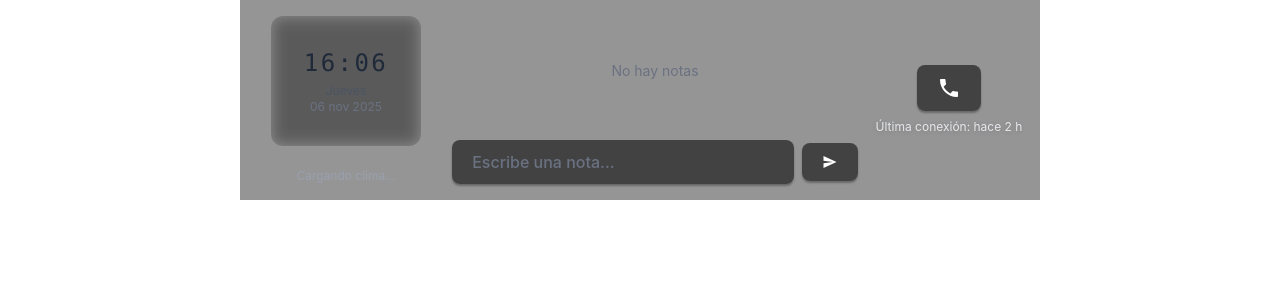
Repository: CodeByEvans/my-romantic-widget
Page: /
An editor plug-in stored every save of this project. The page is shown before and after the next save, followed by the edit.
The browser window is 1280 px wide. The pictures show the whole page.
The page's requests for data from a server got no answer. The project was rebuilt for these pictures with package versions that can differ from the ones it lists, and the page was loaded fresh each time. No one was signed in, and anything a server would have sent is missing. Also part of the build but not shown: vite.config.ts.

Above is the page before, as saved 2025-11-06 16:20:43.

### src/App.tsx
import "./App.css";
import { Clock } from "./components/Clock";
import { WeatherWidget } from "./components/WeatherWidget";
import { NotesList } from "./components/NotesList";
import { NoteInput } from "./components/NoteInput";
import { CallButton } from "./components/CallButton";

function App() {
  return (
    <main data-tauri-drag-region>
      {/* Clima + Reloj */}
      <section className="flex flex-col justify-between items-center h-full w-[180px] gap-2">
        <Clock />
        <WeatherWidget />
      </section>

      {/* Notas + input */}
      <section className="flex flex-col justify-between h-full flex-1">
        <NotesList />
        <NoteInput />
      </section>

      {/* Llamada */}
      <section className="flex flex-col justify-center items-center h-full w-[150px]">
        <CallButton />
        <p className="text-xs text-gray-200 mt-2 drop-shadow-sm">
          Última conexión: hace 2 h
        </p>
      </section>
    </main>
  );
}

export default App;

### src/App.css
@import "tailwindcss";

/* ======== CONFIGURACIÓN BASE ======== */
:root {
  font-family: Inter, Avenir, Helvetica, Arial, sans-serif;
  font-size: 16px;
  line-height: 24px;
  font-weight: 400;
  color: #f6f6f6;
  font-synthesis: none;
  text-rendering: optimizeLegibility;
  -webkit-font-smoothing: antialiased;
  -moz-osx-font-smoothing: grayscale;
  -webkit-text-size-adjust: 100%;
}

/* ======== ESTILO GLOBAL DE LA APP ======== */
main {
  position: relative;
  width: 800px;
  height: 200px;
  margin: 0 auto;
  display: flex;
  align-items: center;
  justify-content: space-between;
  gap: 1rem;
  padding: 1rem;

  /* Fondo cristal oscuro */
  background: rgba(20, 20, 20, 0.45);
  backdrop-filter: blur(18px) saturate(160%);
  -webkit-app-region: drag; /* Permitir mover la ventana */
}

/* ======== ELEMENTOS ======== */
input,
button {
  border-radius: 8px;
  border: 1px solid transparent;
  padding: 0.6em 1.2em;
  font-size: 1em;
  font-weight: 500;
  font-family: inherit;
  color: #fff;
  background-color: rgba(30, 30, 30, 0.7);
  transition: border-color 0.25s, background-color 0.25s;
  box-shadow: 0 2px 2px rgba(0, 0, 0, 0.3);
  -webkit-app-region: no-drag;
}

button:hover {
  border-color: #396cd8;
}

button:active {
  background-color: rgba(40, 40, 40, 0.7);
}

/* Enlaces */
a {
  font-weight: 500;
  color: #61dafb;
  text-decoration: inherit;
}

a:hover {
  color: #24c8db;
}

/* Otros elementos */
h1 {
  text-align: center;
}

### src/components/Clock.tsx
import { useEffect, useState } from "react";

export const Clock = () => {
  const [time, setTime] = useState(new Date());

  useEffect(() => {
    const interval = setInterval(() => {
      setTime(new Date());
    }, 1000);
    return () => clearInterval(interval);
  }, []);

  const hours = time.getHours().toString().padStart(2, "0");
  const minutes = time.getMinutes().toString().padStart(2, "0");

  const day = time.toLocaleDateString("es-ES", { weekday: "long" });
  const date = time.toLocaleDateString("es-ES", {
    day: "2-digit",
    month: "short",
    year: "numeric",
  });

  return (
    <div className=" rounded-xl  px-3 py-2 flex flex-col items-center justify-center w-[150px] h-[130px] backdrop-blur-sm">
      <p className="text-2xl font-mono tracking-widest text-gray-800">
        {hours}:{minutes}
      </p>
      <p className="text-xs text-gray-600 mt-1 capitalize">{day}</p>
      <p className="text-xs text-gray-500">{date}</p>
    </div>
  );
};

### src/components/WeatherWidget.tsx
import { JSX } from "react";
import { useWeather } from "../hooks/useWeather";
import {
  WiDaySunny,
  WiCloud,
  WiRain,
  WiSnow,
  WiThunderstorm,
  WiFog,
  WiDayHaze,
} from "react-icons/wi";

const weatherStyles: Record<string, { gradient: string; icon: JSX.Element }> = {
  Thunderstorm: {
    gradient: "from-indigo-800 via-purple-700 to-indigo-900 text-white",
    icon: <WiThunderstorm size={28} />,
  },
  Drizzle: {
    gradient: "from-sky-400 via-sky-500 to-blue-600 text-white",
    icon: <WiRain size={28} />,
  },
  Rain: {
    gradient: "from-blue-500 via-indigo-500 to-blue-700 text-white",
    icon: <WiRain size={28} />,
  },
  Snow: {
    gradient: "from-cyan-100 via-blue-100 to-blue-300 text-gray-700",
    icon: <WiSnow size={28} />,
  },
  Mist: {
    gradient: "from-gray-200 via-gray-300 to-gray-400 text-gray-800",
    icon: <WiFog size={28} />,
  },
  Haze: {
    gradient: "from-amber-200 via-amber-300 to-amber-400 text-gray-800",
    icon: <WiDayHaze size={28} />,
  },
  Clear: {
    gradient: "from-yellow-200 via-orange-300 to-pink-400 text-gray-900",
    icon: <WiDaySunny size={28} />,
  },
  Clouds: {
    gradient: "from-gray-300 via-gray-400 to-gray-600 text-gray-900",
    icon: <WiCloud size={28} />,
  },
  Fog: {
    gradient: "from-gray-300 via-gray-400 to-gray-500 text-gray-900",
    icon: <WiFog size={28} />,
  },
};

export const WeatherWidget = () => {
  const { data, loading, errorWeather } = useWeather();

  if (errorWeather)
    return <div className="text-xs text-red-400">{errorWeather}</div>;
  if (loading || !data)
    return <div className="text-xs text-gray-400">Cargando clima...</div>;

  const [city, info] = Object.entries(data)[0] || [];
  const temp = Math.round(info.main.temp);
  const condition = info.weather[0].main;

  const style = weatherStyles[condition] || weatherStyles["Clouds"];

  return (
    <div
      className={`relative flex flex-col items-center justify-center rounded-2xl
                  bg-gradient-to-br ${style.gradient} w-[150px] h-[100px]
                  backdrop-blur-md bg-opacity-70 shadow-[0_2px_10px_rgba(0,0,0,0.3)]
                  border border-white/20 overflow-hidden transition-all duration-500`}
    >
      {/* sutil capa de brillo animado */}
      <div className="absolute inset-0 bg-white/10 opacity-0 hover:opacity-20 transition-opacity duration-500" />

      {/* borde de reflejo superior */}
      <div className="absolute top-0 left-0 right-0 h-[1px] bg-white/40" />

      {/* contenido */}
      <div className="flex items-center gap-2">
        <div className="animate-pulse-slow">{style.icon}</div>
        <div className="flex flex-col items-start leading-tight">
          <h2 className="text-xs font-semibold tracking-wide drop-shadow-sm">
            {city}
          </h2>
          <p className="text-lg font-bold drop-shadow-sm">{temp}°C</p>
        </div>
      </div>
    </div>
  );
};

### src/components/NotesList.tsx
import { useRealTimeNotes } from "../hooks/useRealTimeNotes";

export const NotesList = () => {
  const notes = useRealTimeNotes();

  const sortedNotes = [...notes].sort(
    (a, b) =>
      new Date(b.created_at).getTime() - new Date(a.created_at).getTime()
  );

  const noteToShow = sortedNotes[0];
  if (!noteToShow)
    return (
      <div className="flex items-center justify-center h-[110px] text-gray-500 text-sm">
        No hay notas
      </div>
    );

  return (
    <div className="bg-white rounded-xl backdrop-blur-sm shadow-inner p-3 h-[110px] overflow-hidden">
      <div className="flex justify-between items-center mb-1">
        <h3 className="font-semibold text-sm text-gray-700">
          {noteToShow.from}
        </h3>
        <small className="text-xs text-gray-400">
          {new Date(noteToShow.created_at).toLocaleString()}
        </small>
      </div>
      <p className="text-gray-700 text-sm italic line-clamp-3">
        {noteToShow.message}
      </p>
    </div>
  );
};

### src/components/NoteInput.tsx
import { IoMdSend } from "react-icons/io";

export const NoteInput = () => {
  return (
    <form className="flex items-center gap-2 mt-2">
      <input
        type="text"
        placeholder="Escribe una nota..."
        className="flex-1 text-sm px-3 py-2 rounded-lg bg-white text-gray-800 placeholder-gray-500 focus:outline-none focus:ring-2 focus:ring-blue-300 transition-all"
      />
      <button
        type="submit"
        className="p-2 bg-blue-500 rounded-full text-white hover:bg-blue-600 transition-colors"
      >
        <IoMdSend size={16} />
      </button>
    </form>
  );
};

### src/components/CallButton.tsx
import { IoMdCall } from "react-icons/io";

export const CallButton = () => {
  return (
    <div className="flex flex-col items-center justify-center">
      <button className="p-4 bg-green-500 text-white rounded-full shadow-md hover:bg-green-600 hover:scale-105 transition-transform">
        <IoMdCall size={24} />
      </button>
    </div>
  );
};

### src/hooks/useWeather.ts
import { useEffect, useState } from "react";
import {
  getCityByCoordinates,
  getWeatherByCity,
} from "../services/weatherService";
import { WeatherData } from "../types/weather";
import { useGeolocation } from "./useGeolocation";

export const useWeather = () => {
  const { coords, error } = useGeolocation();
  const [data, setData] = useState<Record<string, WeatherData> | null>(null);
  const [loading, setLoading] = useState<boolean>(false);
  const [errorWeather, setErrorWeather] = useState<string | null>(null);

  useEffect(() => {
    if (error) setErrorWeather(error);
  }, [error]);

  useEffect(() => {
    if (!coords) return;

    const fetchWeather = async () => {
      setLoading(true);
      try {
        const city = await getCityByCoordinates(
          coords.latitude,
          coords.longitude
        );
        const weather = await getWeatherByCity(city[0].name);
        setData({ [city[0].name]: weather });
      } catch (error) {
        console.error(error);
      } finally {
        setLoading(false);
      }
    };

    fetchWeather();
  }, [coords]);

  return { data, loading, errorWeather };
};

### src/hooks/useRealTimeNotes.ts
import { useEffect, useState } from "react";
import z from "zod";
import { supabase } from "../services/supabaseClient";

const noteSchema = z.object({
  id: z.number(),
  from: z.string(),
  message: z.string(),
  created_at: z.string(),
});

type Note = z.infer<typeof noteSchema>;

export const useRealTimeNotes = () => {
  const [notes, setNotes] = useState<Note[]>([]);

  useEffect(() => {
    // Cargar notas iniciales
    supabase
      .from<"notes", Note>("notes")
      .select("*")
      .then(({ data, error }) => {
        if (data) {
          setNotes(data);
          console.log("Notas cargadas:", data);
        } else {
          console.error("Error fetching notes:", error);
        }
      });

    // Suscripción en tiempo real
    const channel = supabase
      .channel("public:notes")
      .on(
        "postgres_changes",
        { event: "*", schema: "public", table: "notes" },
        (payload) => {
          console.log("Cambio dettectado:", payload);

          if (payload.eventType === "INSERT") {
            const newNote = noteSchema.parse(payload.new);
            setNotes((prevNotes) => [...prevNotes, newNote]);
            console.log("Nota añadida:", newNote);
          } else if (payload.eventType === "UPDATE") {
            setNotes((prev) =>
              prev.map((note) =>
                note.id === payload.new.id
                  ? noteSchema.parse(payload.new)
                  : note
              )
            );
          } else if (payload.eventType === "DELETE") {
            setNotes((prev) =>
              prev.filter((note) => note.id !== payload.old.id)
            );
          }
        }
      )
      .subscribe();

    return () => {
      supabase.removeChannel(channel);
    };
  }, []);

  return notes;
};

### src/services/weatherService.ts
import { envs } from "../config/envs";

export const getWeatherByCity = async (city: string) => {
  const response = await fetch(
    `https://api.openweathermap.org/data/2.5/weather?q=${city}&appid=${envs.openWeatherApiKey}&units=metric`
  );

  if (!response.ok) {
    throw new Error("No se pudo obtener el clima");
  }
  return response.json();
};

export const getCityByCoordinates = async (lat: number, lon: number) => {
  const response = await fetch(
    `https://api.openweathermap.org/geo/1.0/reverse?lat=${lat}&lon=${lon}&limit=1&appid=${envs.openWeatherApiKey}`
  );

  if (!response.ok) {
    throw new Error("No se pudo obtener la ciudad");
  }

  return response.json();
};

### src/hooks/useGeolocation.ts
import { useEffect, useState } from "react";

export const useGeolocation = () => {
  const [coords, setCoords] = useState<{
    latitude: number;
    longitude: number;
  } | null>(null);
  const [error, setError] = useState<string | null>(null);

  useEffect(() => {
    if (!navigator.geolocation) {
      setError("Geolocalización no soportada por el navegador");
      return;
    }

    navigator.geolocation.getCurrentPosition(
      (position) => {
        setCoords({
          latitude: position.coords.latitude,
          longitude: position.coords.longitude,
        });
      },
      (err) => {
        setError(`Error obteniendo la geolocalización: ${err.message}`);
      }
    );
  }, []);

  return { coords, error };
};

### src/services/supabaseClient.ts
import { createClient } from "@supabase/supabase-js";
import { envs } from "../config/envs";

export const supabase = createClient(envs.supabaseUrl, envs.supabaseAnonKey, {
  realtime: {
    params: {
      eventsPerSecond: 10,
    },
  },
});

### src/config/envs.ts
import * as z from "zod";

const envSchema = z.object({
  VITE_SUPABASE_URL: z.string().url(),
  VITE_SUPABASE_ANON_KEY: z.string().min(1),
  VITE_OPEN_WEATHER_API_KEY: z.string().min(1),
});

const parsed = envSchema.parse(import.meta.env);

export const envs = {
  supabaseUrl: parsed.VITE_SUPABASE_URL,
  supabaseAnonKey: parsed.VITE_SUPABASE_ANON_KEY,
  openWeatherApiKey: parsed.VITE_OPEN_WEATHER_API_KEY,
};

Loaded but not shown: index.html (common file); src/main.tsx (common file)

After the next save:
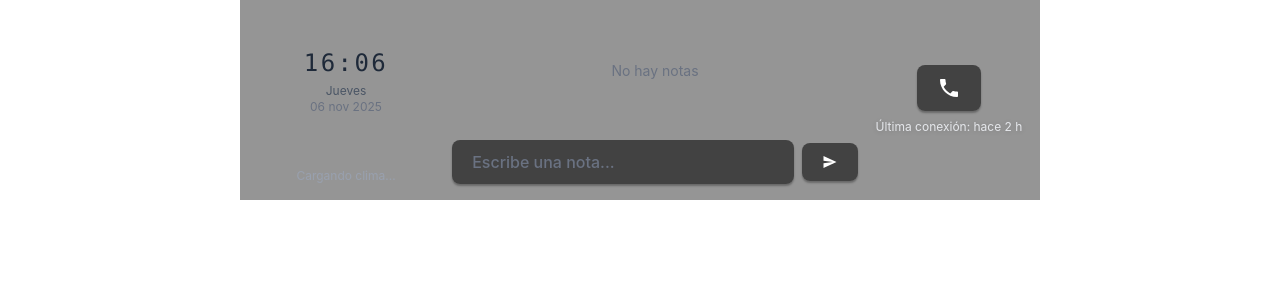
Saved 6 s later.
--- a/src/components/Clock.tsx
+++ b/src/components/Clock.tsx
@@ -21,7 +21,7 @@ export const Clock = () => {
   });
 
   return (
-    <div className=" rounded-xl  px-3 py-2 flex flex-col items-center justify-center w-[150px] h-[130px] backdrop-blur-sm">
+    <div className=" rounded-xl  px-3 py-2 flex flex-col items-center justify-center w-[150px] h-[130px] ">
       <p className="text-2xl font-mono tracking-widest text-gray-800">
         {hours}:{minutes}
       </p>
